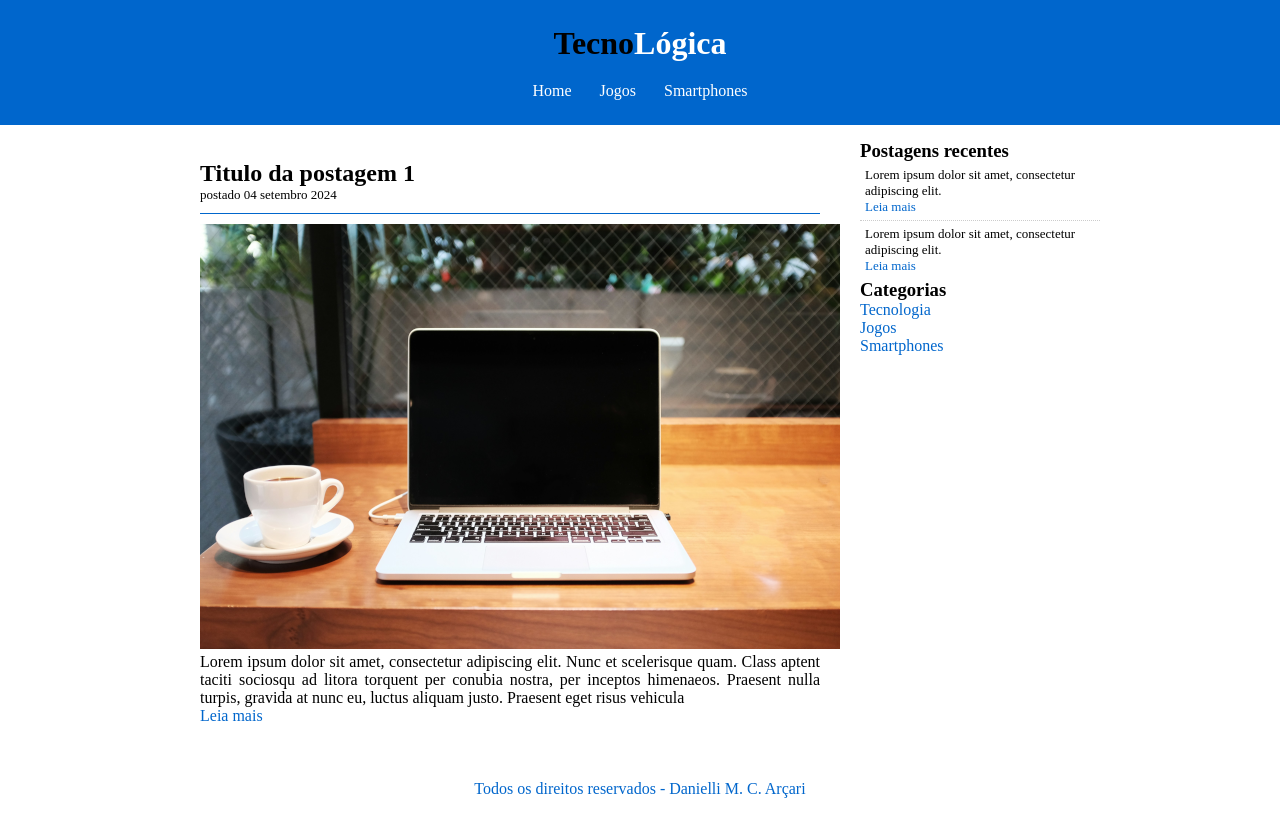
Repository: danielli-arcari/blog-html-css
Page: index.html
An editor plug-in stored every save of this project. The page is shown before and after the next save, followed by the edit.
The browser window is 1280 px wide. The pictures show the whole page.

Above is the page before, as saved 2026-03-10 16:48:00.

### index.html
<!DOCTYPE html>
<html lang="pt-br">

<head>
    <meta charset="UTF-8">
    <meta name="viewport" content="width=device-width, initial-scale=1.0">
    <title>TecnoLógica - Tudo sobre tecnologia</title>

    <link rel="stylesheet" href="css/style.css">
</head>

<body>

    <div id="header">

        <div id="logo">
            <h1>Tecno<span class="white">Lógica</span></h1>
        </div>

        <div id="menu">
            <a href="index.html">Home</a>
            <a href="jogos.html">Jogos</a>
            <a href="smartphones.html">Smartphones</a>
        </div>

    </div>

    <div id="content">

        <div id="posts">

            <!-- abertura postagem -->
            <div class="post">
                <h2>Titulo da postagem 1</h2>
                <span class="data-post">postado 04 setembro 2024</span>
                <img class="img-post" src="imagens/tecnologia01.png">
                <p>
                    Lorem ipsum dolor sit amet, consectetur adipiscing elit. Nunc et scelerisque quam. Class aptent taciti sociosqu ad litora torquent per conubia nostra, per inceptos himenaeos. Praesent nulla turpis, gravida at nunc eu, luctus aliquam justo. Praesent eget risus vehicula
                </p>
                <a href="">Leia mais</a>
            </div>
            <!--fechamento postagem -->

        </div>

        <div id="right-side">

            <div class="content-right">
                <h3>Postagens recentes</h3>

                <div class="post-right">
                    <p>Lorem ipsum dolor sit amet, consectetur adipiscing elit.</p>
                    <a href="">Leia mais</a>
                </div>

                <div class="post-right" style="border-bottom: none;">
                    <p>Lorem ipsum dolor sit amet, consectetur adipiscing elit.</p>
                    <a href="">Leia mais</a>
                </div>

            </div>

            <div class="content-right">
                <h3>Categorias</h3>

                <a href="">Tecnologia</a><br>
                <a href="">Jogos</a><br>
                <a href="">Smartphones</a><br>

            </div>

        </div>

        <div id="footer">
            Todos os direitos reservados - Danielli M. C. Arçari
        </div>

    </div>
</body>

</html>

### css/style.css
/*
***limpar formatações***
*/
*{
    margin: 0;
    padding: 0;
}
/*
***header***
*/
#header{
    background-color: #0066CC;
    padding: 15px;
    text-align: center;
}

#logo, #menu{
    padding: 10px;
}

#header a:link, #header a:visited{
    color: #FFFFFF;
    padding: 8px 12px;
}

#header a:hover{
    color: #0066CC;
    background: #FFFFFF;
    text-decoration: none;
}
.white{
    color: #FFFFFF;
}

/*
***ccontent***
*/
#content{
    width: 920px;
    margin: 0 auto;
    padding: 15px;
}

#posts{
    width: 660px;
    float: left;
}

.post{
    padding: 20px;
    margin-bottom: 20px;
    background: #FFFFFF;
    text-align: justify;
}

.data-post{
    font-size: 13px;
    border-bottom: 1px solid #0066CC;
    padding-bottom: 10px;
    margin-bottom: 10px;
    display: block;
}

/*
***Right side***
*/
#right-side{
    width: 240px;
    float: right;
}

/*
***content right***
*/
#content-right{
    background: #FFFFFF;
    padding: 10px;
    margin-bottom: 20px;
}

.post-right{
    font-size: 13px;
    padding: 5px;
    border-bottom: 1px dotted #CCCCCC;
}

/*
***Formatação links***
*/
a{
    text-decoration: none;
}

a:link, a:visited{
    color: #0066CC;
}

a:hover{
    text-decoration: underline;
}

/*
***Footer***
*/
#footer{
    clear: both;
    text-align: center;
    padding: 15px;
    background:#FFFFFF;
    color: #0066CC;
}

After the next save:
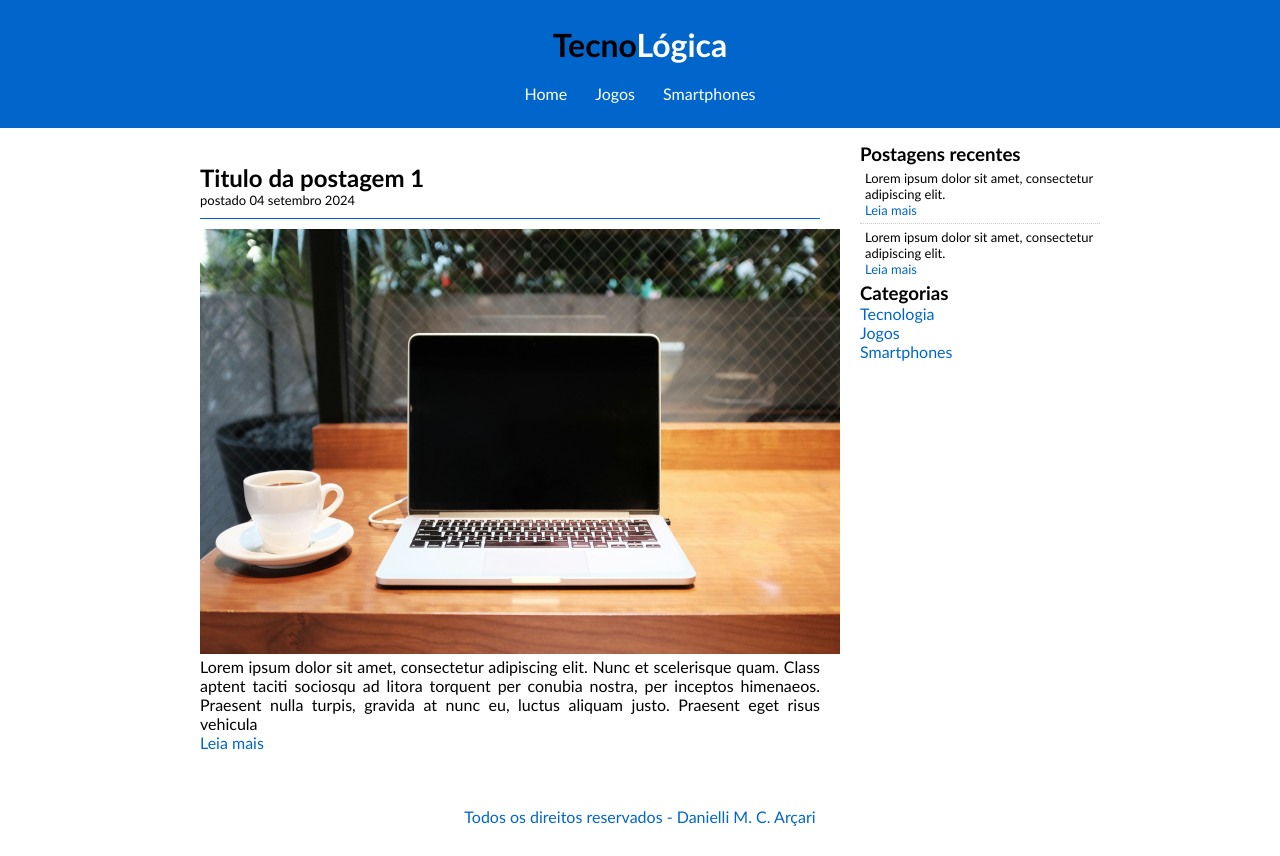
Saved 2 min 49 s later.
--- a/css/style.css
+++ b/css/style.css
@@ -5,6 +5,15 @@
     margin: 0;
     padding: 0;
 }
+/*
+***Formatações genéricas***
+*/
+
+body{
+    font-size: 16px;
+    font-family: 'Trebuchet MS', 'Lucida Sans Unicode', 'Lucida Grande', 'Lucida Sans', Arial, sans-serif;
+}
+
 /*
 ***header***
 */
